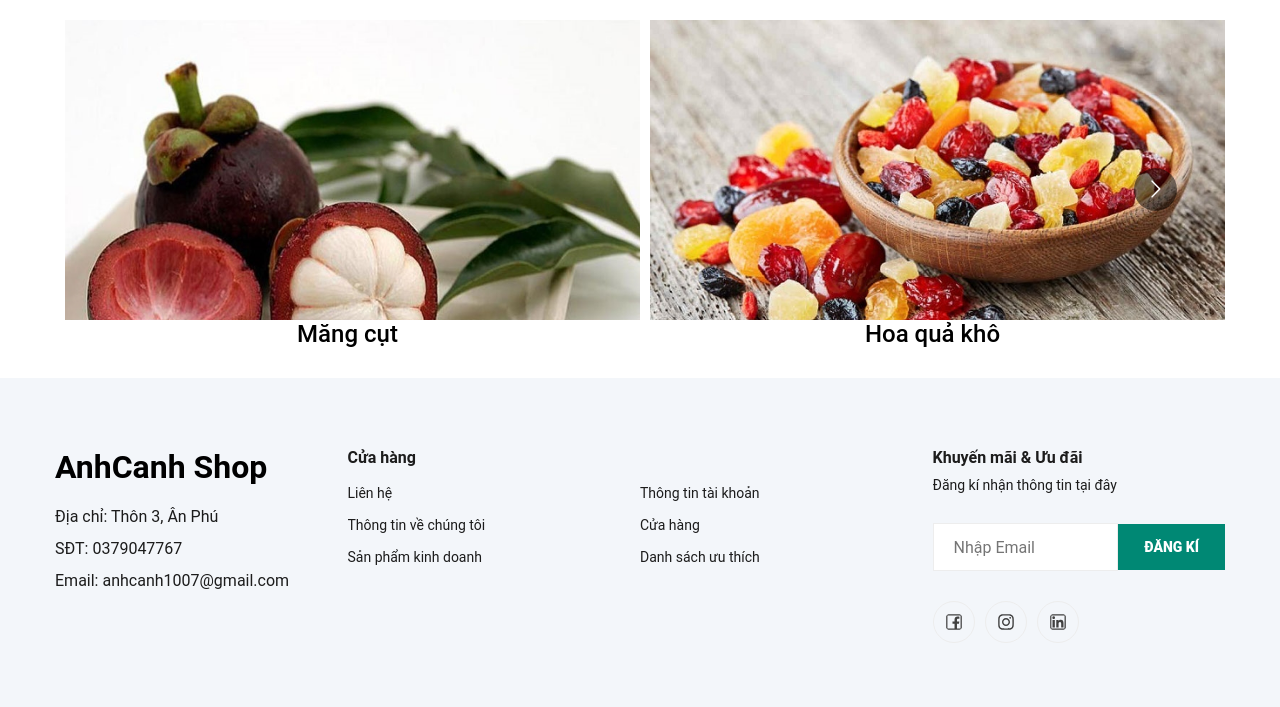
Repository: anhcanh1007/show_product
Page: /
The author's editor kept a copy of each file at every save. The page is drawn from the files as they stood at one save, then again after a run of saves.
The browser window is 1280 px wide. The pictures show the part of the page from y = 591 to 1298 px (the page is 1298 px tall before and 1198 px after).
The project was rebuilt for these pictures with package versions that can differ from the ones it lists, and the page was loaded fresh each time. Imported but missing from the stored project, and not drawn on this page: src/pages/user/profilePage.

Above is the page before, as saved 2024-01-28 00:18:33.

### src/index.js
import React from "react";
import ReactDOM from "react-dom/client";
import { BrowserRouter } from "react-router-dom";
import RouterCustom from "./router";
import "./style/style.scss";

const root = ReactDOM.createRoot(document.getElementById("root"));
root.render(
  <BrowserRouter>
    <RouterCustom />
  </BrowserRouter>
);

// If you want to start measuring performance in your app, pass a function
// to log results (for example: reportWebVitals(console.log))
// or send to an analytics endpoint. Learn more: https://bit.ly/CRA-vitals

### src/router.js
import { ROUTERS } from "./utils/router";
import HomePage from "./pages/user/homePage";
import ProfilePage from "./pages/user/profilePage";
import { Route, Routes } from "react-router-dom";
import MasterLayout from "./pages/user/theme/masterLayout";

const renderUserRouter = () => {
  const userRouters = [
    {
      path: ROUTERS.USER.HOME,
      component: <HomePage />,
    },
    {
      path: ROUTERS.USER.PROFILE,
      component: <ProfilePage />,
    },
  ];

  return (
    <MasterLayout>
      <Routes>
        {userRouters.map((item, key) => (
          <Route key={key} path={item.path} element={item.component} />
        ))}
      </Routes>
    </MasterLayout>
  );
};

const RouterCustom = () => {
  return renderUserRouter();
};

export default RouterCustom;

### src/style/style.scss
@import './pages/all';
@import './pages/responsive';

### src/utils/router.js
export const ROUTERS = {
  USER: {
    HOME: "",
    PROFILE: "thong-tin-ca-nhan",
  },
};

### src/pages/user/homePage/index.js
import { memo } from "react";
import Carousel from "react-multi-carousel";
import "react-multi-carousel/lib/styles.css";
import "./style.scss";
import cate1 from "assets/users/images/categories/mangcut.jpg";
import cate2 from "assets/users/images/categories/hoaquakho.jpg";
import cate3 from "assets/users/images/categories/raucu.jpg";
import cate4 from "assets/users/images/categories/thittuoi.jpg";

const HomePage = () => {
  const responsive = {
    superLargeDesktop: {
      breakpoint: { max: 4000, min: 3000 },
      items: 5,
    },
    desktop: {
      breakpoint: { max: 3000, min: 1024 },
      items: 3,
    },
    tablet: {
      breakpoint: { max: 1024, min: 464 },
      items: 2,
    },
    mobile: {
      breakpoint: { max: 464, min: 0 },
      items: 1,
    },
  };

  const categories = [
    {
      pathImg: cate1,
      name: "Măng cụt",
    },
    {
      pathImg: cate2,
      name: "Hoa quả khô",
    },
    {
      pathImg: cate3,
      name: "Rau củ",
    },
    {
      pathImg: cate4,
      name: "Thịt tươi",
    },
  ];
  return (
    <>
      <div className="container">
        <Carousel responsive={responsive}>
          {categories.map((categori, key) => (
            <div className="categories__banner" key={key}>
              <div
                className="categories__banner_img"
                style={{ backgroundImage: `url(${categori.pathImg})` }}
              ></div>
              <div>
                <p>{categori.name}</p>
              </div>
            </div>
          ))}
        </Carousel>
      </div>
    </>
  );
};

export default memo(HomePage);

### src/pages/user/theme/masterLayout/index.js
import { memo } from "react";
import Header from "../header";
import Footer from "../footer";

const MasterLayout = ({ children, ...props }) => {
  return (
    <div {...props}>
      <Header />
      {children}
      <Footer />
    </div>
  );
};

export default memo(MasterLayout);

### src/style/pages/_all.scss
@use "sass:map";
@import './theme';
@import './responsive';

html, body {
    margin: 0;
}

* {
    font-family: Roboto;
    padding: 0;
    margin: 0;
}

.container {
    max-width: 1170px;
    width: 100%;
    padding-left: 15px;
    padding-right: 15px;
    margin: auto;
}

.row {
    display: flex;
    flex-wrap: wrap;
}

.col-6 {
    flex: 0 0 50%;
    max-width: 50%;
}

.col-lg-3 {
    flex: 0 0 25%;
    max-width: 25%;
}

.col-lg-6 {
    flex: 0 0 50%;
    max-width: 50%;
}

.col-lg-9 {
    flex: 0 0 75%;
    max-width: 75%;
}

.button-submit {
    font-size: 14px;
    color: #ffffff;
    font-weight: 800;
    text-transform: uppercase;
    display: inline-block;
    padding: 16px 30px 17px;
    background: map.get($theme-colors, 'main');
    border: none;
    height: 100%;
}
@include Responsive($DESTOP) {
    .col-xl-3 {
        flex: 0 0 25%;
        max-width: 25%;
    }
    .col-xl-6 {
        flex: 0 0 50%;
        max-width: 50%;
    }
}

@include Responsive($MEDIUM_DEVICE) {
    .col-lg-3 {
        flex: 0 0 25%;
        max-width: 25%;
    }
}

@include Responsive($TABLE_DEVICE) {
    .col-md-6 {
        flex: 0 0 50%;
        max-width: 50%;
    }

    .col-md-12 {
        flex: 0 0 100%;
        max-width: 100%;
    }
}

@include Responsive($WIDE_MOBILE) {
    .col-sm-6 {
        flex: 0 0 50%;
        max-width: 50%;
    }

    .col-sm-12 {
        flex: 0 0 100%;
        max-width: 100%;
    }
}

@include Responsive($WIDE_MOBILE) {
    .col-xs-12 {
        flex: 0 0 100%;
        max-width: 100%;
    }
}

### src/style/pages/_theme.scss
$theme-colors : (
    "main" : #008874,
    "normal_text": #1c1c1c,
    "bold_text": #252525,
)

### src/style/pages/_responsive.scss
$DESTOP: "DESTOP";
$MEDIUM_DEVICE: "MEDIUM_DEVICE";
$TABLE_DEVICE: "TABLE_DEVICE";
$WIDE_MOBILE: "WIDE_MOBILE";
$SMALL_DEVICES: "SMALL_DEVICES";

@mixin Responsive($canvas) {
    @if $canvas == $DESTOP {
        @media only screen and (min-width: 1200px){
            @content;
        }
    } @else if $canvas == $MEDIUM_DEVICE {
        @media only screen and (min-width: 992px) and (max-width: 1199px){
            @content;
        }
    } @else if $canvas == $TABLE_DEVICE {
        @media only screen and (min-width: 768px) and (max-width: 991px){
            @content;
        }
    } @else if $canvas == $WIDE_MOBILE {
        @media only screen and (max-width: 767px){
            @content;
        }
    } @else if $canvas == $SMALL_DEVICES {
        @media only screen and (max-width: 575px){
            @content;
        }
    }
}

### src/pages/user/homePage/style.scss
@use "sass:map";
@import 'style/pages/_theme.scss';

.categories__banner {
    margin-top: 20px;
    margin-bottom: 30px;

    .categories__banner_img {
        background-repeat: no-repeat;
        background-size: cover;
        min-width: 250px;
        height: 300px;
        margin-left: 10px;
    }

    p {
        text-align: center;
        font-size: 24px;
        font-weight: 500;
    }
}

### src/pages/user/theme/footer/index.js
import { memo } from "react";
import "./style.scss";
import { Link } from "react-router-dom";
import {
  AiOutlineFacebook,
  AiOutlineInstagram,
  AiOutlineLinkedin,
} from "react-icons/ai";

const Footer = () => {
  return (
    <>
      <footer className="footer">
        <div className="container">
          <div className="row">
            <div className="col-lg-3 col-md-6 col-sm-6 col-xs-12">
              <div className="footer__about">
                <h1 className="footer__about_logo">AnhCanh Shop</h1>
                <ul>
                  <li>Địa chỉ: Thôn 3, Ân Phú</li>
                  <li>SĐT: 0379047767</li>
                  <li>Email: anhcanh1007@gmail.com</li>
                </ul>
              </div>
            </div>
            <div className="col-lg-6 col-md-6 col-sm-6 col-xs-12">
              <div className="footer__widget">
                <h6>Cửa hàng</h6>
                <ul>
                  <li>
                    <Link to="">Liên hệ</Link>
                  </li>
                  <li>
                    <Link to="">Thông tin về chúng tôi</Link>
                  </li>
                  <li>
                    <Link to="">Sản phẩm kinh doanh</Link>
                  </li>
                </ul>
                <ul>
                  <li>
                    <Link to="">Thông tin tài khoản</Link>
                  </li>
                  <li>
                    <Link to="">Cửa hàng</Link>
                  </li>
                  <li>
                    <Link to="">Danh sách ưu thích</Link>
                  </li>
                </ul>
              </div>
            </div>
            <div className="col-lg-3 col-md-12 col-sm-12 col-xs-12">
              <div className="footer__widget">
                <h6>Khuyến mãi & Ưu đãi</h6>
                <p>Đăng kí nhận thông tin tại đây</p>
                <form action="#">
                  <div className="input-group">
                    <input type="text" placeholder="Nhập Email" />
                    <button type="submit" className="button-submit">
                      Đăng kí
                    </button>
                  </div>
                  <div className="footer__widget_social">
                    <div>
                      <AiOutlineFacebook />
                    </div>
                    <div>
                      <AiOutlineInstagram />
                    </div>
                    <div>
                      <AiOutlineLinkedin />
                    </div>
                  </div>
                </form>
              </div>
            </div>
          </div>
        </div>
      </footer>
    </>
  );
};

export default memo(Footer);

### src/pages/user/theme/header/style.scss
@use "sass:map";
@import 'style/pages/_theme.scss';

$bannerImg: "/assets/users/images/hero/banner.jpg";

.header__top{
    background-color: #CFD7A4;
}

.header__top_left {
    padding: 10px 0 10px;
    ul {
        display: flex;
        align-items: center;
        column-gap: 10px;
        list-style: none;

        li{
            font-size: 14px;
            color: map.get($theme-colors, "normal_text");
            display: flex;
            align-items: center;
            column-gap: 2px;
        }
    }
}

.header__top_right {
    display: flex;
    justify-content: flex-end;
    padding: 10px 0 10px;
    align-items: center;

    ul {
        display: flex;
        column-gap: 5px;
        list-style: none;

        li:last-child{
            margin-left: 10px;

            span {
                font-size: 14px;
                margin-left: 2px;
                font-weight: 500;
            }
        }

        a {
            font-size: 14px;
            display: inline-block;
            color: map.get($theme-colors, "normal_text");
        }
    }
}

.header__logo {
    padding: 15px 0;
}

.header__menu {
    padding: 24px 0;

    ul {
        display: flex;
        justify-content: space-between;

        li {
            list-style: none;

            a {
                text-decoration: none;
                font-size: 14px;
                color: map.get($theme-colors, 'bold_text');
                font-weight: bold;
                text-transform: uppercase;
                letter-spacing: 2px;
                transition: all 0.3s;
                padding: 5px 0;
                display: block;
            }
        }

        li:hover .header__menu_dropdown {
            opacity: 1;
            visibility: visible;
        }

        .active a{
            color: map.get($theme-colors, 'main');
        }

        .header__menu_dropdown {
            background-color: #222222;
            display: block;
            position: absolute;
            width: 180px;
            z-index: 9;
            padding: 5px 0;
            transition: all, 0.3s;
            opacity: 0;
            visibility: hidden;

            a{
                text-transform: capitalize;
                color: #ffffff;
                font-weight: 400;
                padding: 5px 15px;
            }

            :hover {
                color: map.get($theme-colors, 'main');
            }
        }
    }
}

.header__cart {
    display: flex;
    justify-content: center;
    align-items: center;
    padding: 24px 0;

    ul {
        display: flex;
        margin-right: 25px;

        li {
            list-style: none;
            position: relative;
            margin-left: 20px;

            svg {
                font-size: 25px;
                color: map.get($theme-colors, "normal_text");
            }

            span {
                color: white;
                background-color: map.get($theme-colors, "main");
                position: absolute;
                height: 20px;
                width: 20px;
                border-radius: 40px;
                display: inline-block;
                text-align: center;
                line-height: 20px;
                font-size: 13px;
                font-weight: 500;
                left: 20px;
                top: -2px;
            }
        }
    }

}

.hero__categories {
    position: relative;

    .hero__categories_all {
        background: map.get($theme-colors, 'main');
        display: flex;
        align-items: center;
        color: #ffffff;
        font-weight: 700;
        cursor: pointer;
        padding: 15px 25px 15px 40px;

        svg, span {
            font-size: 16px;
            margin-right: 5px;
        }

        svg {
            font-size: 20px;
        }
    }

    ul {
        position: absolute;
        opacity: 1;
        border: 1px solid #ebebeb;
        width: 99%;
        background: #ffffff;
        transition: all 0.2s;

        li {
            list-style: none;

            a {
                text-decoration: none;
                background: transparent;
                font-size: 16px;
                color: map.get($theme-colors, 'normal_text');
                line-height: 39px;
                display: block;
                padding-left: 40px;
            }

            &:hover {
                background: #f7ffff;

                a {
                    color: map.get($theme-colors, 'main');
                }
            }
        }

        &.hidden {
            opacity: 0;
        }
    }
}

.header__search_container {

    .hero__search_form {
        width: 610px;
        height: 50px;
        float: left;
        padding-left: 15px;


        form {
            display: flex;
            align-items: center;
        }

        input {
            border: none;
            height: 48px;
            font-size: 16px;
            color: #b2b2b2;
            padding-left: 20px;
            border: 1px solid #ebebeb;
            width: 70%;

            :focus {
                outline: none;
                border: none;
            }
        }

        button {
            background: map.get($theme-colors, 'main');
            font-size: 14px;
            color: #ffffff;
            font-weight: 700;
            border: none;
            text-transform: uppercase;
            display: inline-block;
            padding: 16px 30px 17px;
            height: 100%;
        }
    }

    .hero__search_phone {
        display: flex;
        align-items: center;
        margin-bottom: 20px;

        .hero__search_phone_icon {
            font-size: 25px;
            padding: 10px;
            background: #f5f5f5;
            line-height: 50px;
            text-align: center;
            border-radius: 50%;
            float: left;
            margin-right: 20px;
            display: flex;
            justify-content: center;
            align-items: center;
            color: map.get($theme-colors, 'main');
        }

        .hero__search_phone_text {
            display: inline-block;

            p {
                color: map.get($theme-colors, 'normal_text');
                font-weight: bold;
                margin-bottom: 5px;

                span {
                    color: #6f6f6f;
                    font-size: 14px;
                }
            }
        }
    }

    .hero__item {
        margin-left: 15px;
        background-image: url($bannerImg);
        background-size: cover;
        height: 410px;
        width: 100%;
        display: flex;
        align-items: center;

        .hero__item_text {
            padding-left: 75px;

            span {
                font-size: 14px;
                text-transform: uppercase;
                font-weight: 700;
                letter-spacing: 4px;
                color: map.get($theme-colors, 'main');

            }

            h2 {
                font-size: 45px;
                text-transform: uppercase;
                font-weight: 700;
                line-height: 52px;
                margin: 10px 0;
                color: map.get($theme-colors, 'normal_text');
            }

            p {
                font-size: 16px;
                color: #6f6f6f;
                font-weight: 400;
                line-height: 26px;
                margin: 0 0 15px 0;
            }

            a {
                display: inline-block;
                font-size: 14px;
                padding: 10px 28px 10px;
                color: #ffffff;
                text-transform: uppercase;
                font-weight: 700;
                background-color: map.get($theme-colors, 'main');
                letter-spacing: 2px;
                text-decoration: none;
            }
        }
    }
}

### src/utils/formater.js
export const formater = (number) => {
  return new Intl.NumberFormat("vi-VN", {
    style: "currency",
    currency: "VND",
  }).format(number);
};

### src/pages/user/theme/footer/style.scss
@use "sass:map";
@import 'style/pages/_theme.scss';

.footer {
    background: #F3F6FA;
    padding-top: 70px;
    padding-bottom: 0;
    .footer__about {
        margin-bottom: 30px;

        .footer__about_logo {
            margin-bottom: 15px;
            display: inline-block;
        }

        ul {

            li {
                list-style: none;
                color: map.get($theme-colors, 'normal_text');
                font-size: 16px;
                line-height: 32px;
            }
        }
    }

    .footer__widget {
        margin-bottom: 30px;
        overflow: hidden;

        h6 {
            color: map.get($theme-colors,'normal_text');
            margin-bottom: 10px;
            font-size: 16px;
            font-weight: 700;
        }

        ul {
            float: left;
            width: 50%;

            li {
                list-style: none;

                a {
                    color: map.get($theme-colors,'normal_text');
                    font-size: 14px;
                    line-height: 32px;
                    text-decoration: none;
                }
            }
        }

        p {
            font-size: 14px;
            color: map.get($theme-colors,'normal_text');
            margin-bottom: 30px;
        }

        form {
            margin-bottom: 30px;

            .input-group {
                display: flex;
                align-items: center;
                input {
                    width: 100%;
                    font-size: 16px;
                    padding-left: 20px;
                    color: map.get($theme-colors,'normal_text');
                    height: 46px;
                    border: 1px solid #ededed;

                    ::placeholder {
                        color: map.get($theme-colors,'normal_text');
                    }
                }

                button {
                    padding: 0 26px;
                    height: 46px;
                    min-width: max-content;
                }
            }

            .footer__widget_social {
                display: flex;
                align-items: center;
                column-gap: 10px;
                margin-top: 30px;

                div {
                    :hover {
                        background: map.get($theme-colors, 'main');
                        color: #ffffff;
                        border-color: #ffffff;
                    }

                    svg {
                        font-size: 20px;
                        padding: 10px;
                        color: #404040;
                        border: 1px solid #ededed;
                        border-radius: 50%;
                        transition: all, 0.3s;
                        cursor: pointer;
                    }
                }
            }
        }
    }
}

Loaded but not shown: public/index.html (common file); src/pages/user/theme/header/index.js (213 lines, source omitted)

After the next 2 saves:
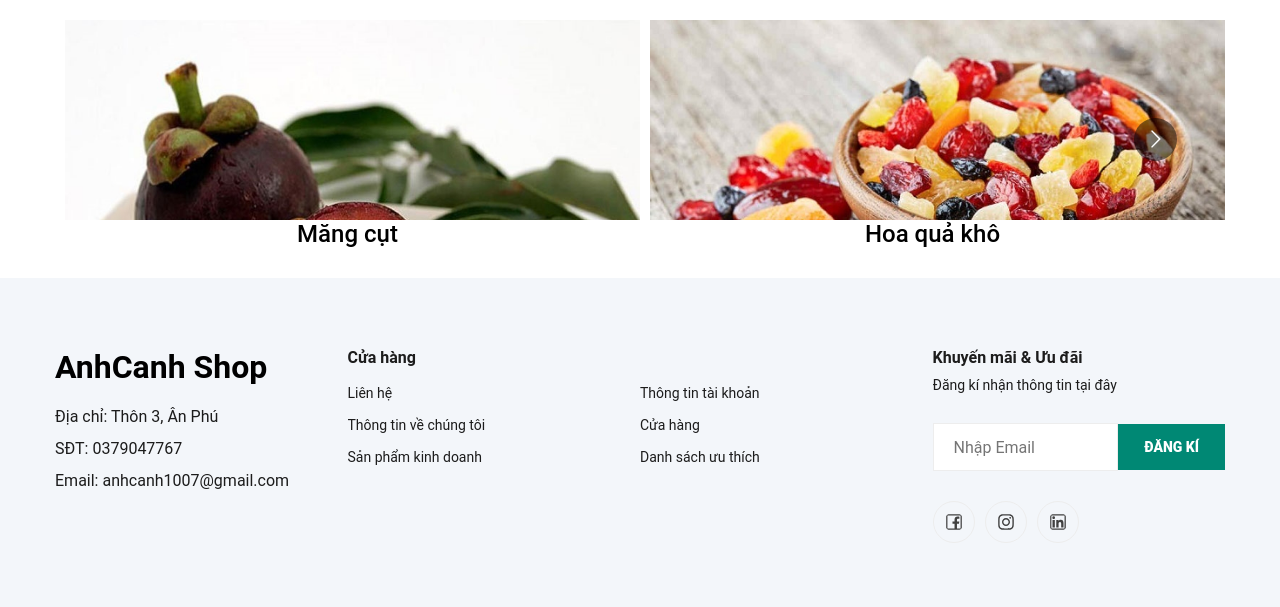
The 2 saves are shown as one change because they came seconds apart.
The last was saved 16 s later.
--- a/src/pages/user/homePage/style.scss
+++ b/src/pages/user/homePage/style.scss
@@ -8,8 +8,8 @@
     .categories__banner_img {
         background-repeat: no-repeat;
         background-size: cover;
-        min-width: 250px;
-        height: 300px;
+        min-width: 200px;
+        height: 200px;
         margin-left: 10px;
     }
 
